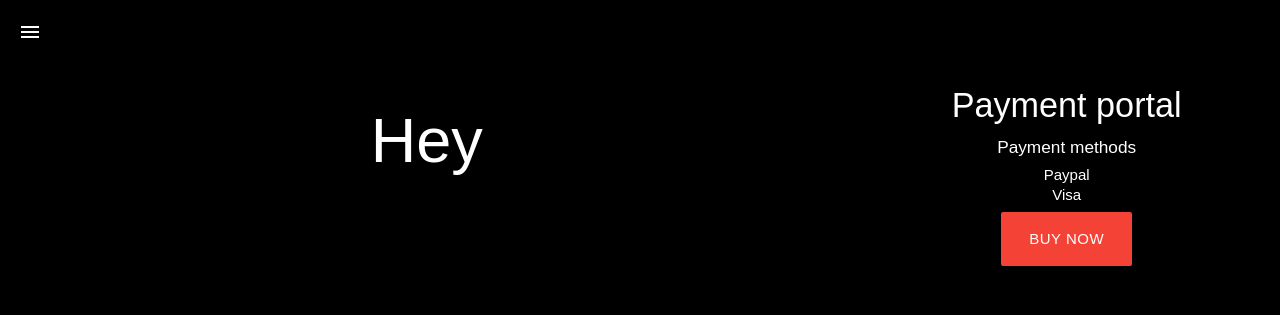
Repository: Ajtheult/final-project
Page: /cart
An editor plug-in stored every save of this project. The page is shown before and after the next save, followed by the edit.
The browser window is 1280 px wide. The pictures show the whole page.
Some web fonts or font styles are not loaded; a fallback is used. Some web libraries are served in a nearby version. The project was rebuilt for these pictures with package versions that can differ from the ones it lists, and the page was loaded fresh each time. Also part of the build but not shown: src/layout/pages/LandingPage.js, src/layout/pages/About.js, src/layout/pages/catalogue/Keys.js, src/layout/pages/catalogue/String.js, src/layout/pages/catalogue/Woodwind.js, src/layout/pages/catalogue/Percussion.js, src/layout/pages/login/Login.js, src/layout/pages/login/NewSignUp.js.

Above is the page before, as saved 2020-07-23 10:41:19.

After the next save:
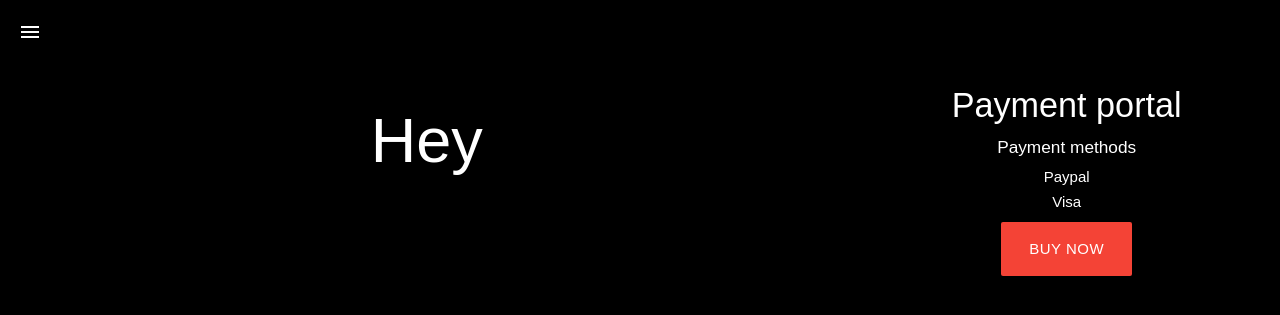
Saved 11 s later.
--- a/src/App.css
+++ b/src/App.css
@@ -238,5 +238,5 @@ body {
 }
 
 .move_payment_up {
-  line-height: 5px;
-}
+  line-height: 10px;
+}
